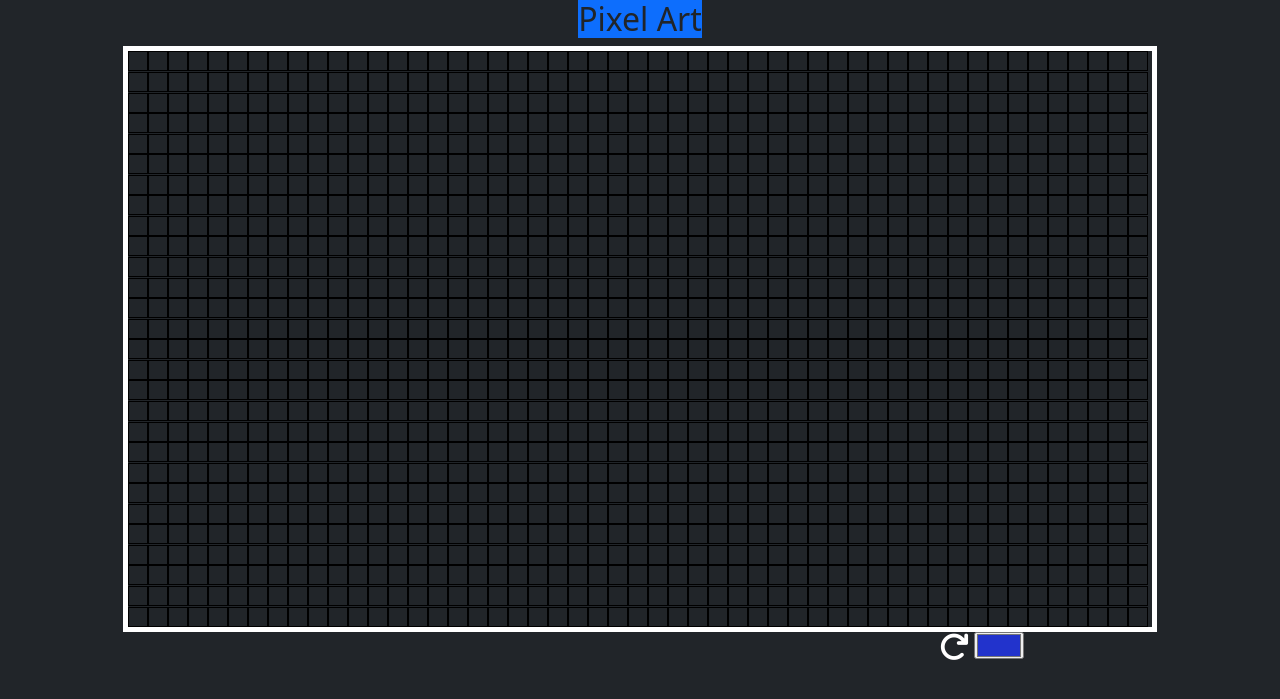
Repository: bechara611/pixelartdb
Page: /
These files come from the project's save history. The page is drawn as it stood at one moment and after the next save; the edit follows.
The browser window is 1280 px wide. The pictures show the whole page.
Some web libraries are served in a nearby version. The project was rebuilt for these pictures with package versions that can differ from the ones it lists, and the page was loaded fresh each time. Also part of the build but not shown: vite.config.js.

Above is the page before, as saved 2023-03-07 13:51:55.

### index.html
<!DOCTYPE html>
<html lang="en">
  <head>
    <meta charset="UTF-8" />
    <link rel="icon" type="image/svg+xml" href="/vite.svg" />
    <meta name="viewport" content="width=device-width, initial-scale=1.0" />
    <title>Vite + React</title>

    <link rel="stylesheet" href="https://cdnjs.cloudflare.com/ajax/libs/font-awesome/6.3.0/css/all.min.css">
  </head>
  <body>
    <div id="root"></div>
    <script type="module" src="/src/main.jsx"></script>
  </body>
</html>

### src/main.jsx
import React from 'react'
import ReactDOM from 'react-dom/client'
import App from './App'
import 'bootstrap/dist/css/bootstrap.min.css'
import 'bootstrap/dist/js/bootstrap.bundle.js'

ReactDOM.createRoot(document.getElementById('root')).render(

    <App />

)

### src/App.jsx

import { useEffect, useState } from 'react'
import './App.css'
import { SelectableGroup } from 'react-selectable-fast'
import { Pixel } from './Pixel'

const App = () => {
  const [pixels, setPixels] = useState([])
  const [isSelecting, setIsSelecting] = useState(false)
  const [startIndex, setStartIndex] = useState(null)
  const [colorActual, setcolorActual] = useState('#2233cc')

  useEffect(() => {
    let contenedor = document.getElementById('contenedor')
    let divsAloAlto = Math.floor(contenedor.offsetHeight / 20)
    let divsAlOancho = Math.floor(contenedor.offsetWidth / 20);
    //para saber cuantos divs necesita un contenedor multiplica el numero de divs a lo alto * el numero de divds a lo ancho
    setPixels(Array.from({ length: divsAloAlto * divsAlOancho }, () => { return { active: false, color: colorActual } }))

  }, [])

  const funcionArray = (index) => {
    let nuevoArray = [...pixels]
    nuevoArray[index] = { active: true, color: colorActual }
    setPixels(nuevoArray)
  }

  useEffect(() => {
    //console.log({ pixels })
  }, [pixels])

  const onMouseDown = (index) => {
    setIsSelecting(true);
    setStartIndex(index)
    // console.log('onMouseDown')
  }


  const onMouseOver2 = (index) => {
    if (isSelecting) {
      const pixelsupdated = [...pixels]
      pixelsupdated[index] = { ...pixelsupdated[index], active: true, color: colorActual }

      setPixels(pixelsupdated)

    }
    // console.log('onMouseOver')
  }
  const onMouseUp2 = (index) => {
    setIsSelecting(false)

  }
  return (
    <>
      <div className="bg-dark fondo">
        <div className="col-12 contenedor-05 ">
          <div className="contenedor-mayor header">
            <h2 className='bg-primary'>Pixel Art</h2>

          </div>
        </div>
        <div className="contenedor-mayor ">
          <div className="contorno">
            <div className="contenedor " id='contenedor'>

              {

                pixels.map((a, index) => {
                  return <Pixel key={index}
                    color={a.color}
                    active={a.active}
                    funcion={() => funcionArray(index)}
                    onMouseDown={() => { onMouseDown(index) }}
                    onMouseUp={() => { onMouseUp2(index) }}
                    onMouseOver={() => { onMouseOver2(index) }}
                  ></Pixel>
                })

              }

            </div>
          </div>
        </div>
        <div className="col-12 contenedor-06 ">
          <div className=" derecha">
          <i className="fa-solid fa-arrow-rotate-right  icono"></i>
            <input type="color" value={colorActual}  onChange={(e) => { setcolorActual(e.target.value) }} />
          </div>
        </div>
      </div>
    </>
  )
}

export default App

### src/App.css
.fondo{
  height: 100vh;

}

.contorno{
  border: 5px solid white;
}

.contenedor-mayor{
  display: flex;
  flex-direction: row;
  justify-content: center;
  justify-self: center;
  align-items: center;

}
.contenedor-mayor2{
  width: 80vw;
  align-self: center;
  display: flex;
  flex-direction: row;
  justify-content: space-between;
}

.contenedor-05{
  display: flex;
  flex-direction: row;
  justify-content: center;
}
.derecha{
  width: 80vw;
  align-self: center;
  display: flex;
  flex-direction: row;
  justify-content: flex-end;
}

.pixel {
  width: 20px;
  height: 20px;
  border: 1px solid rgb(0, 0, 0);

  box-sizing: border-box;

}

.active {
background: transparent;
}

.contenedor {

  display: flex;
  flex-direction: row;
  flex-wrap: wrap;
  width: 80vw;
  height: 80vh;
  max-width: 80vw;
  max-height: 80vh;
}
.icono{
  font-size: 30px;
  color: white;
  margin-right: 5px;
}

### src/Pixel.jsx
import React, { useState } from 'react'
import './App.css'
import {selectableGroup, createSelectable} from 'react-selectable-fast'
export const Pixel = (props) => {
    const [isActive, setisActive] = useState(false)
  return (

 <div className={`pixel ${props.active ? 'active' : ''}`} style={{ background:props.active ? props.color : ''}}
 onClick={()=>{
    setisActive(!isActive)
    props.funcion();
}}
onMouseDown={()=>{props.onMouseDown()}}
onMouseUp={()=>{props.onMouseUp()}}
onTouchEnd={()=>{props.onMouseUp()}}
onMouseOver={()=>{props.onMouseOver()}}
onTouchStart={()=>{{
    props.onMouseDown()
    props.onMouseOver()}}}
 >

 </div>
  )
}

After the next save:
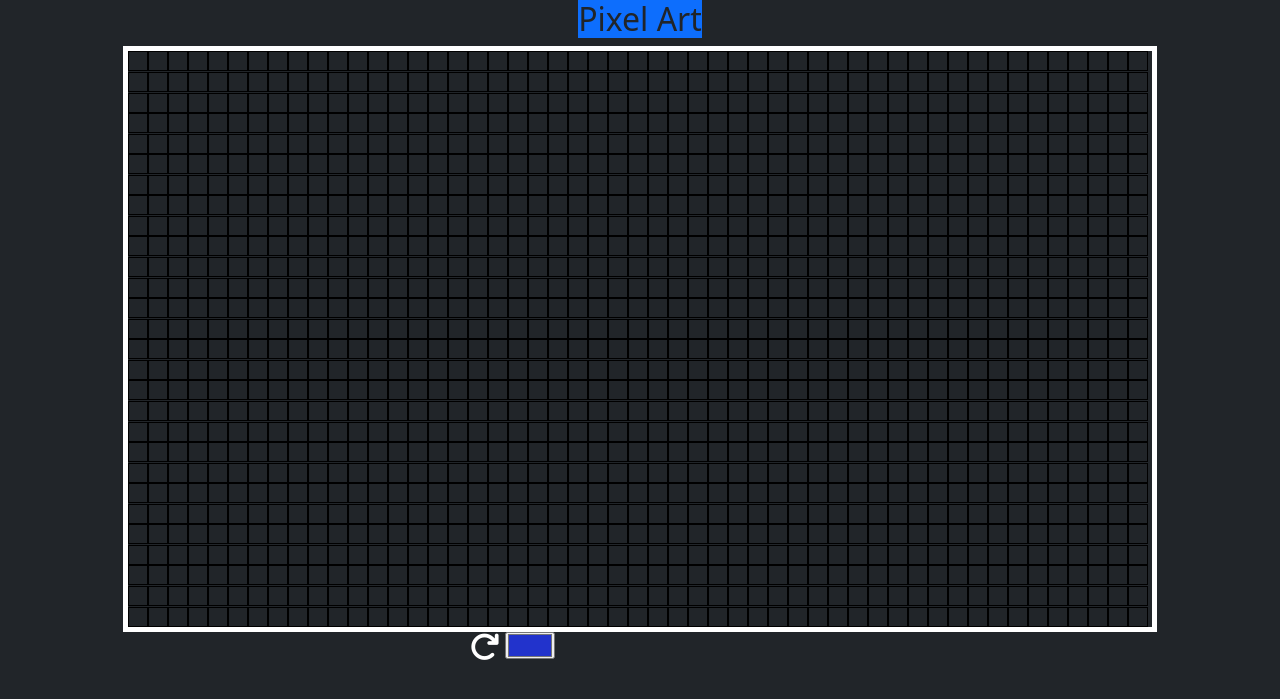
Saved 32 s later.
--- a/src/App.css
+++ b/src/App.css
@@ -33,7 +33,7 @@
   align-self: center;
   display: flex;
   flex-direction: row;
-  justify-content: flex-end;
+  justify-content: center;
 }
 
 .pixel {
